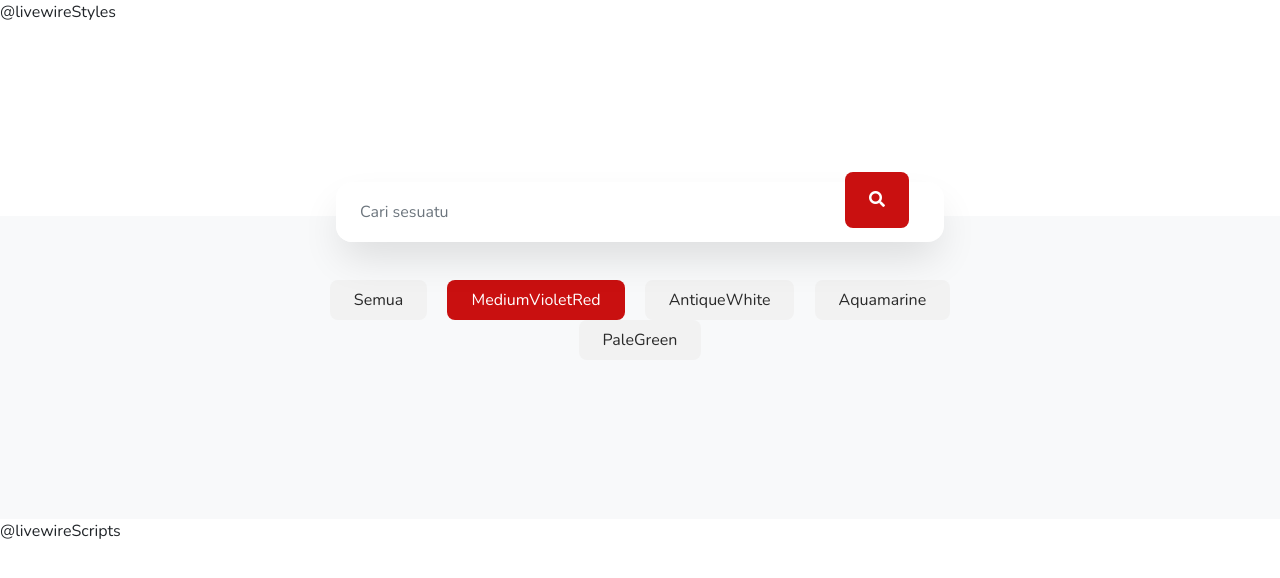
Repository: khulqu15/bidding-lite
Page: http://localhost/products?category=1
An editor plug-in stored every save of this project. The page is shown before and after the next save, followed by the edit.
The browser window is 1280 px wide. The pictures show the whole page.
Some web fonts or font styles are not loaded; a fallback is used. The page is served by the project's Laravel application, run on PHP 8.4 with Laravel 8. The database holds what the project's SQL file puts in it.

Above is the page before, as saved 2022-03-01 01:34:06.

After the next save:
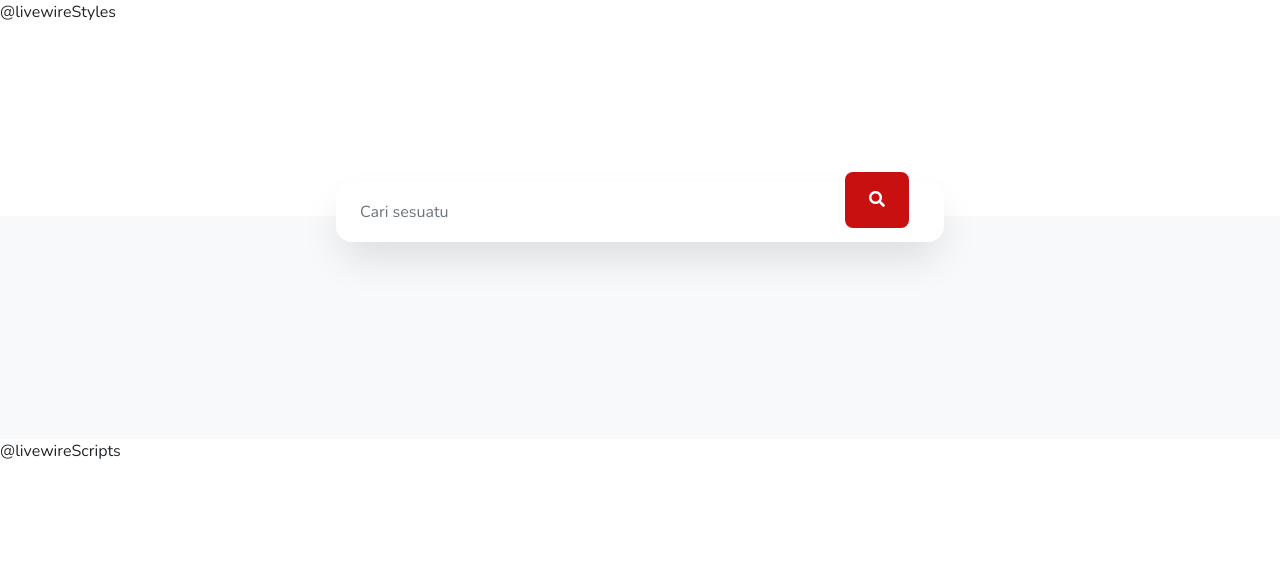
Saved 34 s later.
--- a/resources/views/products.blade.php
+++ b/resources/views/products.blade.php
@@ -31,11 +31,11 @@
                             </form>
                         </div>
                         <div class="pt-5 pb-3">
-                            <a href="{{ route('products') }}" class="btn {{ request()->get('category') == null ? 'btnm-primary' : 'btnm-light' }} btnm-primary my-md-0 my-2 mx-2 px-4 py-2">Semua</a>
+                            {{-- <a href="{{ route('products') }}" class="btn {{ request()->get('category') == null ? 'btnm-primary' : 'btnm-light' }} btnm-primary my-md-0 my-2 mx-2 px-4 py-2">Semua</a>
                             @foreach ($categories as $category)
                                 <a href="{{ route('products', ['category' => $category->id]) }}"
                                 class="btn {{ request()->get('category') == $category->id ? 'btnm-primary' : 'btnm-light' }} my-md-0 my-2 mx-2 px-4 py-2">{{ $category->name }}</a>
-                            @endforeach
+                            @endforeach --}}
                         </div>
                     </div>
                 </div>
